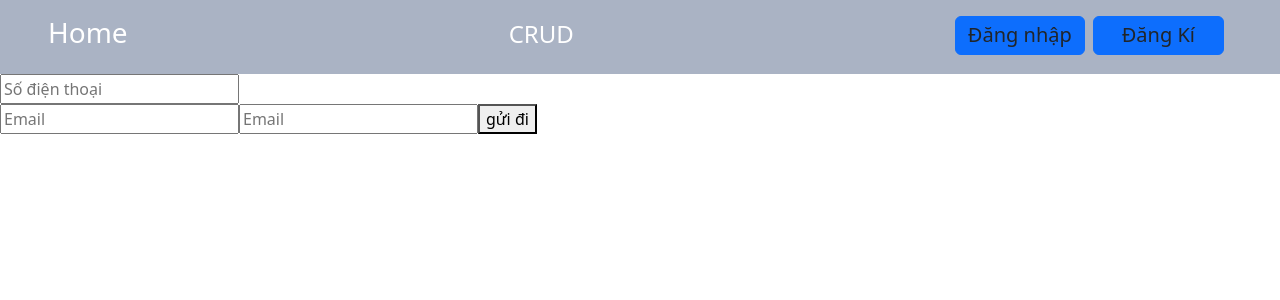
Repository: tung1999zxc/vue-project
Page: /upload
The author's editor kept a copy of each file at every save. The page is drawn from the files as they stood at one save, then again after the next save.
The browser window is 1280 px wide. The pictures show the whole page.
The project was rebuilt for these pictures with package versions that can differ from the ones it lists, and the page was loaded fresh each time. Also part of the build but not shown: vite.config.ts, src/components/test.vue, src/components/footer1.vue, src/views/HomeView.vue, src/components/login.vue, src/components/Regis.vue, src/components/crud.vue.

Above is the page before, as saved 2023-08-08 10:40:58.

After the next save:
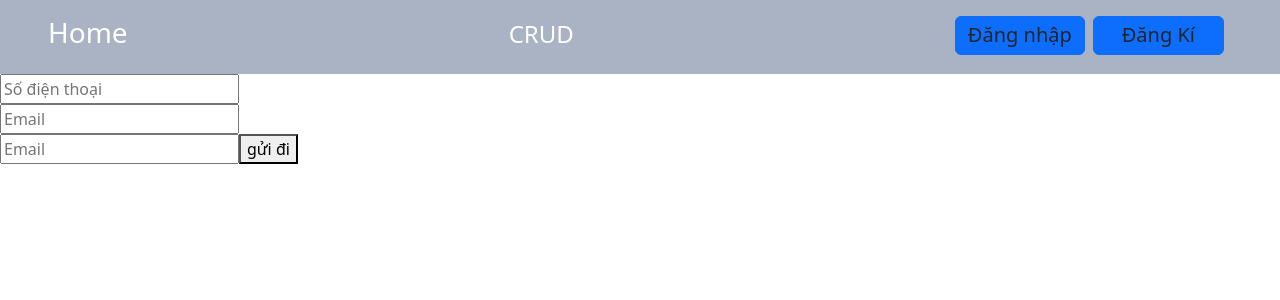
Saved 1 s later.
--- a/src/components/upload.vue
+++ b/src/components/upload.vue
@@ -4,7 +4,7 @@
     <p v-if="phoneNumberError">{{ phoneNumberError }}</p>
 
     <form action="" @submit.prevent="âs">
-    <input v-model="email" placeholder="Email" pattern="[a-z0-9._%+-]+@[a-z0-9.-]+\.[a-z]{2,}$" />
+    <input v-model="email" placeholder="Email" pattern="[a-z0-9._%+-]+@[a-z0-9.-]+\.[a-z]{2,}$" /> <br>
     <input v-model="email" placeholder="Email" pattern="[a-z0-9._%+-]+@[a-z0-9.-]+\.[a-z]{2,}$" />
   <button type="submit">gửi đi</button></form>
 
